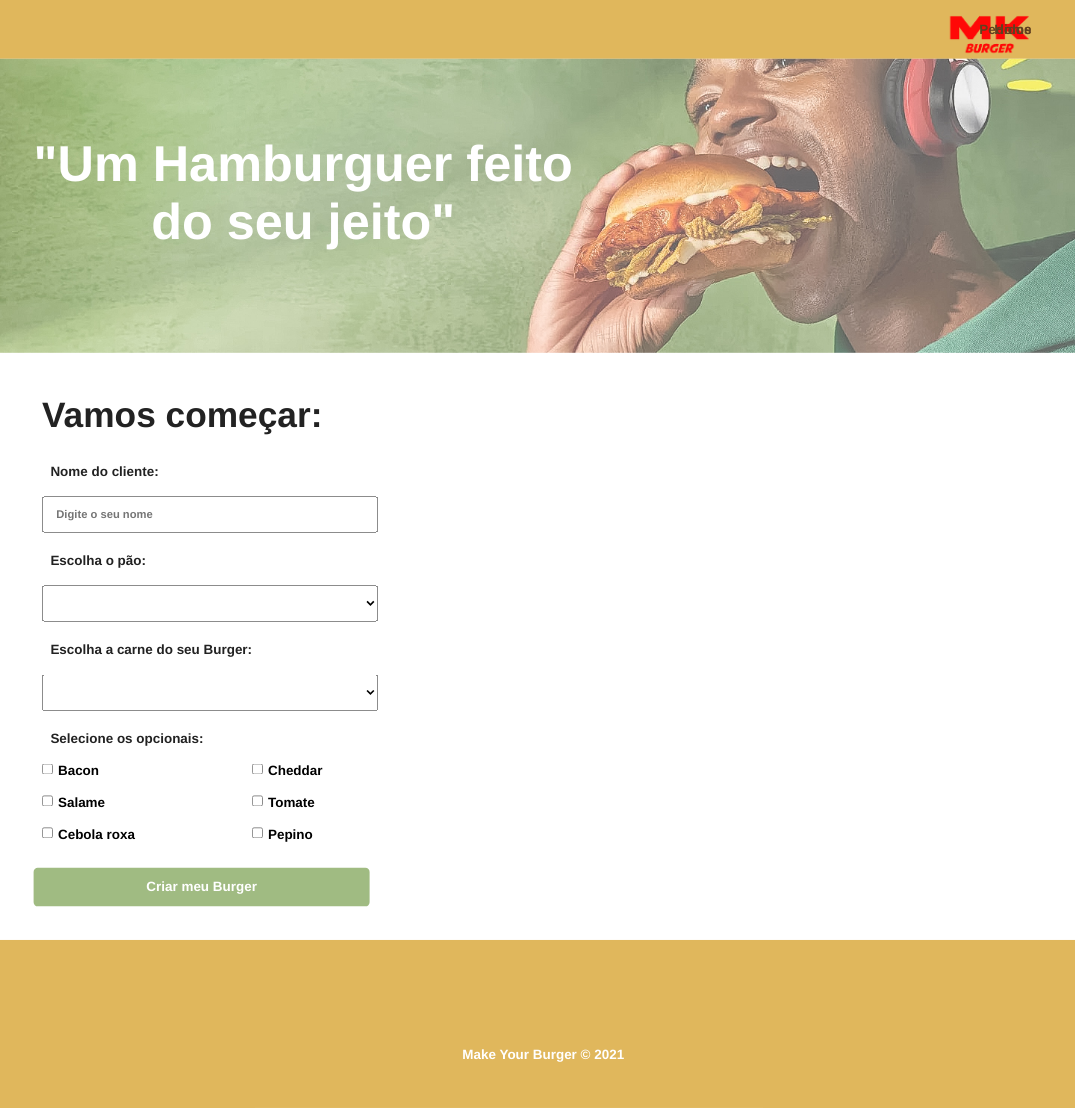
Repository: MarcoantonioCaldeira/Sistema-para-Hamburgueria
Page: /
An editor plug-in stored every save of this project. The page is shown before and after the next save, followed by the edit.
The browser window is 1280 px wide. The pictures show the whole page, at 84% of full size.
The project was rebuilt for these pictures with package versions that can differ from the ones it lists, and the page was loaded fresh each time. Requests to the local data server were answered from the project's data file. Also part of the build but not shown: vue.config.js.

Above is the page before, as saved 2022-11-02 22:29:43.

After the next save:
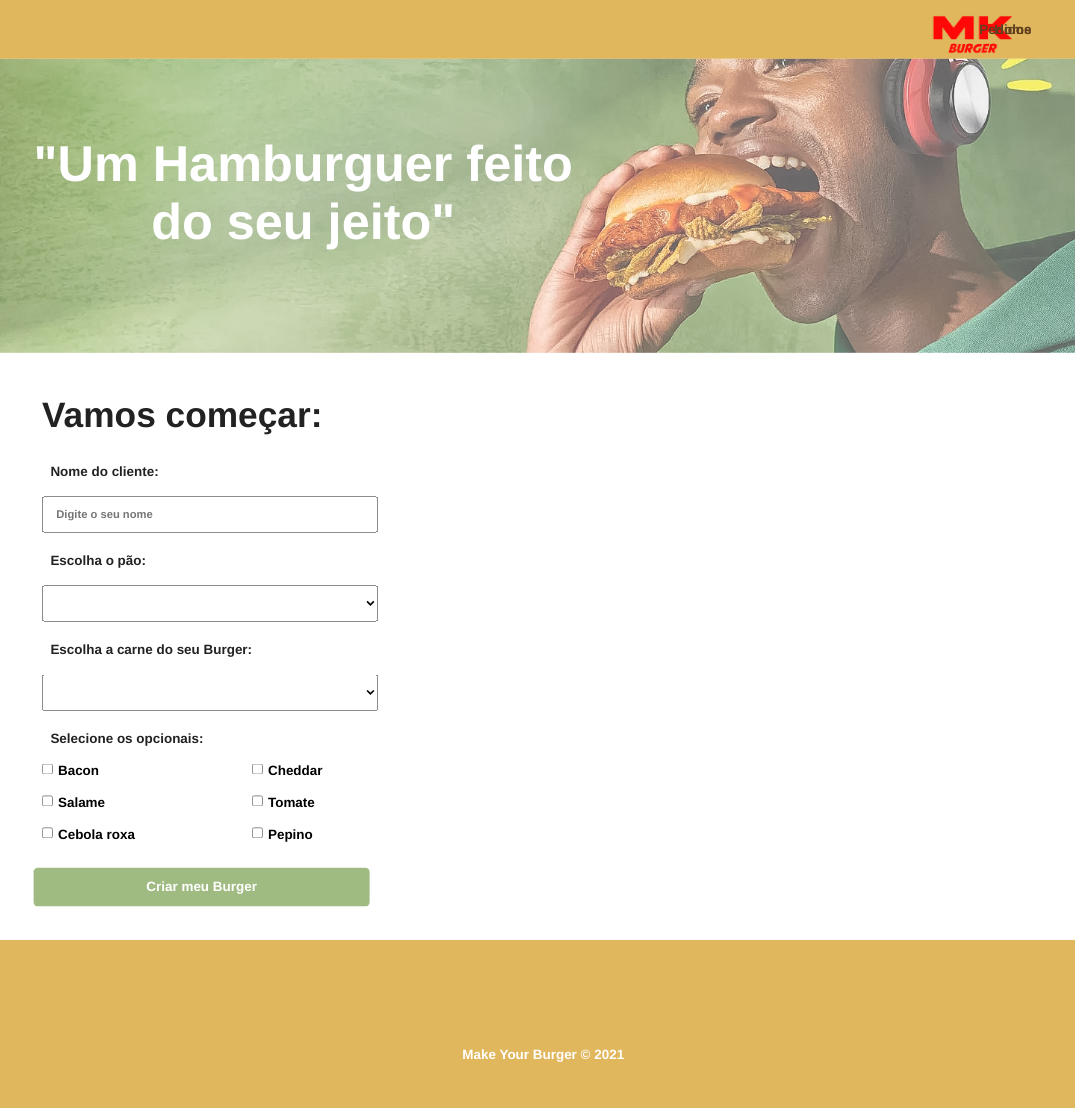
Saved 18 s later.
--- a/src/components/Navbar.vue
+++ b/src/components/Navbar.vue
@@ -25,12 +25,13 @@
         align-items: center;
       }
 
-      #nav {
+      #nav{
         margin: auto;
         margin-left: 0;
       }
 
       #logo{
+        margin-left:-20%;
         width: 100px;
         height: 100px;
       }
